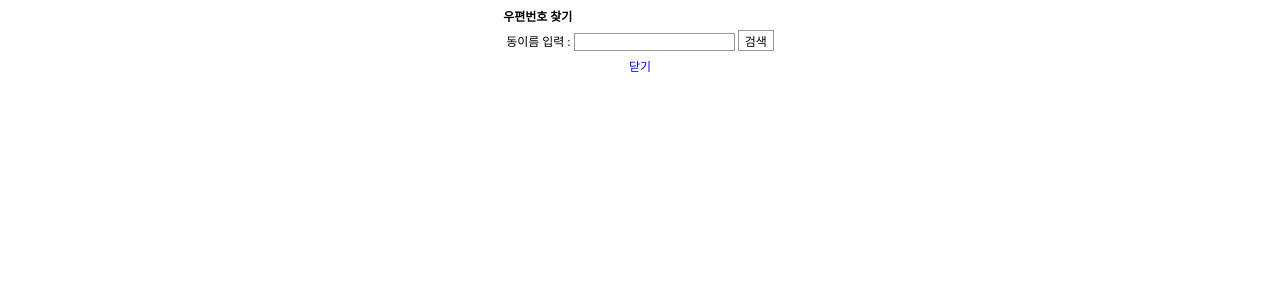
Repository: DynamicRD/jsp_Study
Page: http://localhost/jspStudy/memberone/zipCheck.jsp
These files come from the project's save history. The page is drawn as it stood at one moment and after the next save; the edit follows.
The browser window is 1280 px wide. The pictures show the whole page.
The page is served by Tomcat 9.

Above is the page before, as saved 2024-12-11 02:43:34.
Console error (its wording comes from the project's code and is left out).

After the next save:
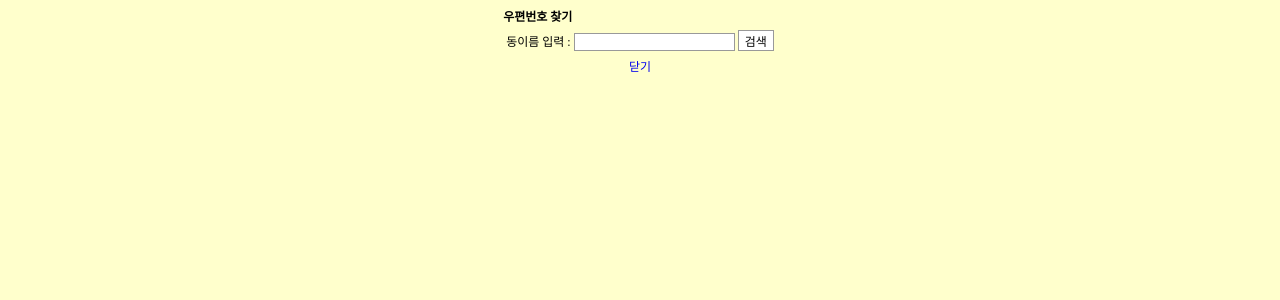
Saved 53 s later.
--- a/jspStudy/src/main/webapp/memberone/zipCheck.jsp
+++ b/jspStudy/src/main/webapp/memberone/zipCheck.jsp
@@ -6,7 +6,7 @@
 <link href="style.css" rel="stylesheet" type="text/css">
 <script language="JavaScript" src="script.js"></script>
 </head>
-<body>
+<body  bgcolor="#FFFFCC">
 	<main>
 		<b>우편번호 찾기</b>
 		<form name="zipForm" method="post" action="zipCheck2.jsp">
